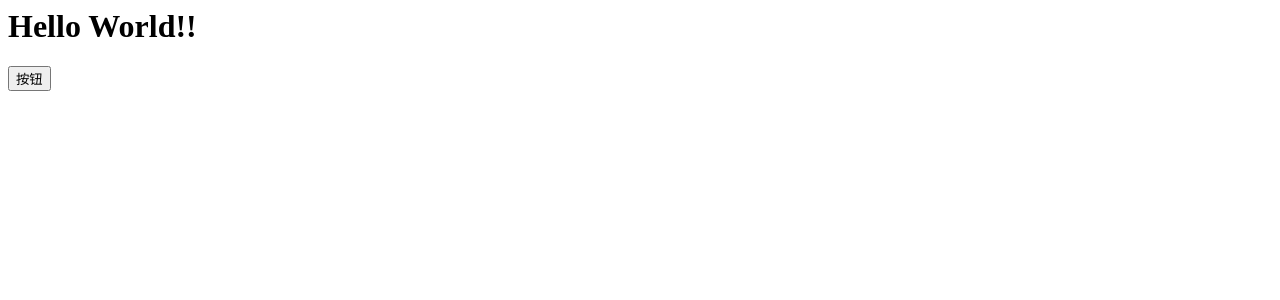
Repository: iceAcmen/iceAcmen.github.io
Page: index.html
An editor plug-in stored every save of this project. The page is shown before and after the next save, followed by the edit.
The browser window is 1280 px wide. The pictures show the whole page.

Above is the page before, as saved 2020-02-01 23:23:40.

### index.html
<html>
  <head>
    <title>ice page</title>
    <script>
      function aaa(){
        alert("aaa");
      }
    </script>
  </head>
  <body>
    <h1>Hello World!!</h1>
    <input type="button" value="按钮" onclick="aaa()"/>
  </body>
</html>

After the next save:
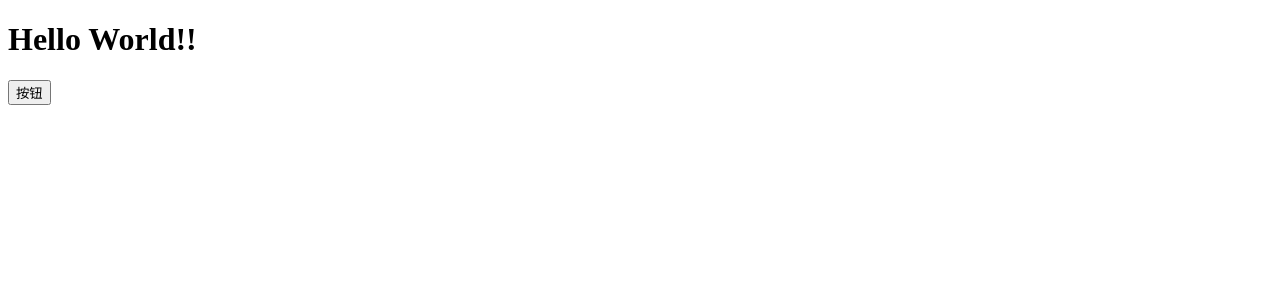
Console error: ReferenceError: Vue is not defined
Not found: vue.js
Saved 5 min 30 s later.
--- a/index.html
+++ b/index.html
@@ -1,14 +1,33 @@
-<html>
+<!DOCTYPE html>
+<html lang="en">
   <head>
-    <title>ice page</title>
-    <script>
-      function aaa(){
-        alert("aaa");
-      }
-    </script>
+    <title>ice page</title><meta charset="UTF-8">
+    <meta name="viewport" content="width=device-width, initial-scale=1.0">
+    <meta http-equiv="X-UA-Compatible" content="ie=edge">
+    <script src="../vue.js"></script>
+
   </head>
   <body>
-    <h1>Hello World!!</h1>
-    <input type="button" value="按钮" onclick="aaa()"/>
+    <div id="app">
+      <h1>Hello World!!</h1>
+      <input type="button" value="按钮" @click="aaa()"/>
+    </div>
+
+    <script>
+        var vm = new Vue({
+          el:"#app",
+          data () {
+            return {
+
+            }
+          },
+          methods: {
+            aaa(){
+              alert("bbb");
+            }
+          }
+        })
+
+      </script>
   </body>
 </html>
